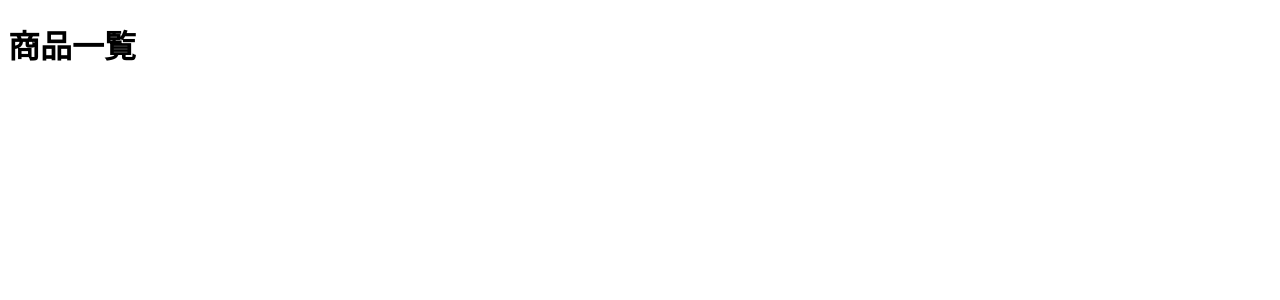
Repository: mamesuke7274/2024_kouki_kuwayamasyoutarou
Page: http://localhost/product/
The author's editor kept a copy of each file at every save. The page is drawn from the files as they stood at one save, then again after the next save.
The browser window is 1280 px wide. The pictures show the whole page.
The page is served by the project's application, run on Django 4.2 (manage.py). Other server files are loaded and not shown. Queries for data that is not in the repository find no rows.

Above is the page before, as saved 2024-11-13 15:07:54.

### search_app/templatetags/custom_filters.py
from django import template

register = template.Library()

@register.filter
def to(value):
    try:
        return range(1, value + 1)
    except TypeError:
        return []

### search_app/templates/product_list.html
<!DOCTYPE html>
<html lang="ja">

<head>
    <meta charset="UTF-8">

    <title>商品一覧</title>
    <style>
        /* タブのスタイル */
        .tab {
            display: inline-block;
            padding: 10px;
            border: 1px solid #ccc;
            margin-right: 5px;
            cursor: pointer;

    </style>
</head>

<body>
    <h1>商品一覧</h1>
    <ul>
        {% for product in products %}
        <li><a href="#" onclick="openTab('{{ product.id }}'); return false;">{{ product.name }}</a></li>
        {% endfor %}
    </ul>

    <div id="tabs-container"></div>

    <script>
        // タブのデータを管理するオブジェクト
        const tabs = {};

        // タブを開く関数
        function openTab(productId) {
            // すでに開かれている場合はアクティブにするだけ
            if (tabs[productId]) {
                document.querySelector(`#tab-${productId}`).classList.add('active');
                return;
            }

            // Ajaxで商品詳細を取得
            fetch(`/product/${productId}/detail-api/`)
                .then(response => response.json())
                .then(data => {
                    // 新しいタブのHTMLを作成
                    const tab = document.createElement('div');
                    tab.classList.add('tab');
                    tab.id = `tab-${data.id}`;
                    tab.innerHTML = `
                        ${data.name} <span class="close-btn" onclick="closeTab(${data.id});">&times;</span>
                    `;

                    // タブのコンテンツも追加
                    const content = document.createElement('div');
                    content.classList.add('tab-content');
                    content.id = `content-${data.id}`;
                    content.innerHTML = `
                        <h2>${data.name}</h2>
                        <p>${data.description}</p>
                        <p>価格: ¥${data.price}</p>
                        <p>カテゴリ: ${data.category}</p>
                    `;

                    // DOMに追加
                    document.getElementById('tabs-container').appendChild(tab);
                    document.getElementById('tabs-container').appendChild(content);

                    // タブのデータを保存
                    tabs[productId] = { tab, content };
                });
        }

        // タブを閉じる関数
        function closeTab(productId) {
            const tabData = tabs[productId];
            if (tabData) {
                tabData.tab.remove();
                tabData.content.remove();
                delete tabs[productId];
            }
        }
    </script>
</body>

</html>

### search_app/views.py
from django.http import JsonResponse
from django.shortcuts import render, get_object_or_404, redirect
from .models import Product, Category
from .forms import ProductForm, SearchForm
from django.core.paginator import Paginator

def product_detail_api(request, pk):
    product = get_object_or_404(Product, pk=pk)
    data = {
        "id": product.id,
        "name": product.name,
        "description": product.description,
        "price": float(product.price),
        "category": product.category.name,
    }
    return JsonResponse(data)

def product_create(request):
    if request.method == 'POST':
        form = ProductForm(request.POST)
        if form.is_valid():
            form.save()
            return redirect('product_list')
    else:
        form = ProductForm()
    return render(request, 'product_form.html', {'form': form})

def product_detail(request, pk):
    product = get_object_or_404(Product, pk=pk)
    return render(request, 'product_detail.html', {'product': product})

def product_update(request, pk):
    product = get_object_or_404(Product, pk=pk)
    if request.method == 'POST':
        form = ProductForm(request.POST, instance=product)
        if form.is_valid():
            form.save()
            return redirect('product_detail', pk=product.pk)
    else:
        form = ProductForm(instance=product)
    # product オブジェクトをテンプレートに渡す
    return  render(request,  'product_form.html',  {'form':  form,  'product': product})

def product_delete(request, pk):
    product = get_object_or_404(Product, pk=pk)
    if request.method == 'POST':
        product.delete()
        return redirect('product_list')
    return render(request, 'product_confirm_delete.html', {'product': product})

def product_list(request):
    products = Product.objects.all()
    print(products)
    return render(request, 'product_list.html', {'products': products})

def search_view(request):
    form = SearchForm(request.GET or None)
    results = Product.objects.all()  # クエリセットの初期化
    if form.is_valid():
        query = form.cleaned_data['query']
        if query:
            results = results.filter(name__icontains=query)
    # カテゴリフィルタリング
    category_name = request.GET.get('category')
    if category_name:
        try:
            # カテゴリ名に基づいてカテゴリIDを取得
            category = Category.objects.get(name=category_name)
            results = results.filter(category_id=category.id)
        except Category.DoesNotExist:
            results = results.none() # 存在しないカテゴリの場合、結果を空にする
            category = None

    # 価格のフィルタリング（最低価格・最高価格）
    min_price = request.GET.get('min_price')
    max_price = request.GET.get('max_price')
    if min_price:
        results = results.filter(price__gte=min_price)
    if max_price:
        results = results.filter(price__lte=max_price)

    # 並び替え処理
    sort_by = request.GET.get('sort', 'name')
    if sort_by == 'price_asc':
        results = results.order_by('price')
    elif sort_by == 'price_desc':
        results = results.order_by('-price')

    # クエリセットをリストに変換せず、直接Paginatorに渡す
    paginator = Paginator(results, 10)
    page_number = request.GET.get('page')
    page_obj = paginator.get_page(page_number)

    return render(request, 'search.html', {'form': form, 'page_obj': page_obj, 'results': results})

### search_project/urls.py
from django.contrib import admin
from django.urls import path,include

urlpatterns = [
    path('admin/', admin.site.urls),
    path('', include('search_app.urls')),
    path('accounts/', include('accounts.urls')),  # accountsアプリのURLをインクルード
]

### search_app/urls.py
from django.urls import path
from . import views
urlpatterns = [
    path('', views.search_view, name='search'),
    path('search/', views.search_view, name='search_view'),
    path('product/new/', views.product_create, name='product_create'),
    path('product/<int:pk>/', views.product_detail, name='product_detail'),
    path('product/<int:pk>/edit/',  views.product_update, name='product_update'),
    path('product/<int:pk>/delete',  views.product_delete, name='product_delete'),
    path('product/', views.product_list, name='product_list'),
    path('product/<int:pk>/detail-api/', views.product_detail_api, name='product_detail_api'),

]

### accounts/urls.py
from django.contrib.auth import views as auth_views
from django.urls import path
from . import views
from .views import CustomLogoutView

urlpatterns = [
    path('login/', auth_views.LoginView.as_view(template_name='login.html'), name='login'),
    path('logout/', CustomLogoutView.as_view(), name='logout'),
    path('signup/', views.SignUpView.as_view(), name='signup'),

]

After the next save:
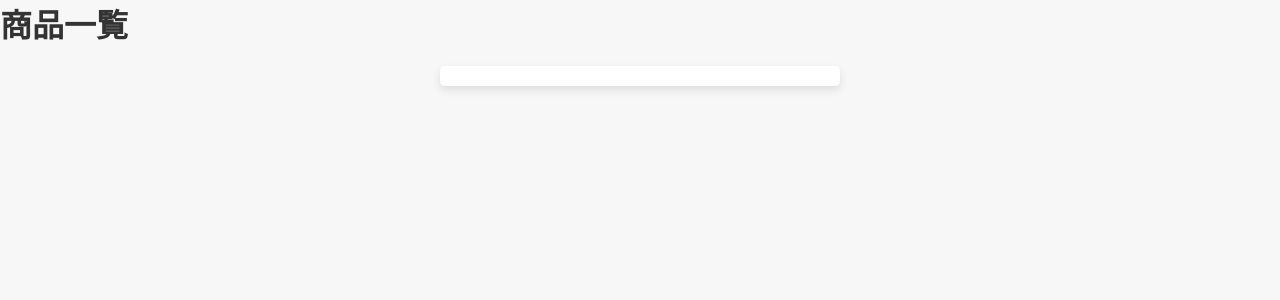
Saved 5 s later.
--- a/search_app/templates/product_list.html
+++ b/search_app/templates/product_list.html
@@ -6,14 +6,51 @@
 
     <title>商品一覧</title>
     <style>
-        /* タブのスタイル */
-        .tab {
-            display: inline-block;
+        /* ベースのリセット */
+        * {
+            margin: 0;
+            padding: 0;
+            box-sizing: border-box;
+        }
+
+        /* 全体の背景とテキストの調整 */
+        body {
+            font-family: Arial, sans-serif;
+            background-color: #f7f7f7;
+            color: #333;
+        }
+
+        /* リストのスタイル */
+        ul {
+            list-style: none;
             padding: 10px;
-            border: 1px solid #ccc;
-            margin-right: 5px;
-            cursor: pointer;
+            background-color: #fff;
+            border-radius: 5px;
+            max-width: 400px;
+            margin: 20px auto;
+            box-shadow: 0 4px 8px rgba(0, 0, 0, 0.1);
+        }
 
+        li {
+            margin-bottom: 8px;
+        }
+
+        /* リンクのスタイル */
+        a {
+            text-decoration: none;
+            color: #3498db;
+            font-weight: bold;
+            transition: color 0.3s ease;
+        }
+
+        a:hover {
+            color: #1d6fa5;
+        }
+
+        /* タブ切り替えがクリックされるリンクのデザイン */
+        a:active {
+            color: #105080;
+        }
     </style>
 </head>
 

After the 3 saves that followed:
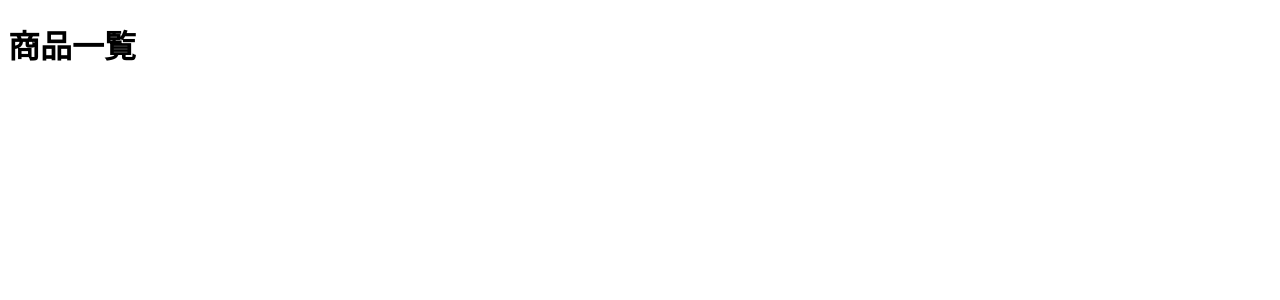
The 3 saves are shown as one change because they came seconds apart.
The last was saved 44 s later.
--- a/search_app/templates/product_list.html
+++ b/search_app/templates/product_list.html
@@ -6,51 +6,13 @@
 
     <title>商品一覧</title>
     <style>
-        /* ベースのリセット */
-        * {
-            margin: 0;
-            padding: 0;
-            box-sizing: border-box;
-        }
-
-        /* 全体の背景とテキストの調整 */
-        body {
-            font-family: Arial, sans-serif;
-            background-color: #f7f7f7;
-            color: #333;
-        }
-
-        /* リストのスタイル */
-        ul {
-            list-style: none;
+        /* タブのスタイル */
+        .tab {
+            display: inline-block;
             padding: 10px;
-            background-color: #fff;
-            border-radius: 5px;
-            max-width: 400px;
-            margin: 20px auto;
-            box-shadow: 0 4px 8px rgba(0, 0, 0, 0.1);
-        }
-
-        li {
-            margin-bottom: 8px;
-        }
-
-        /* リンクのスタイル */
-        a {
-            text-decoration: none;
-            color: #3498db;
-            font-weight: bold;
-            transition: color 0.3s ease;
-        }
-
-        a:hover {
-            color: #1d6fa5;
-        }
-
-        /* タブ切り替えがクリックされるリンクのデザイン */
-        a:active {
-            color: #105080;
-        }
+            border: 1px solid #ccc;
+            margin-right: 5px;
+            cursor: pointer;
     </style>
 </head>
 
